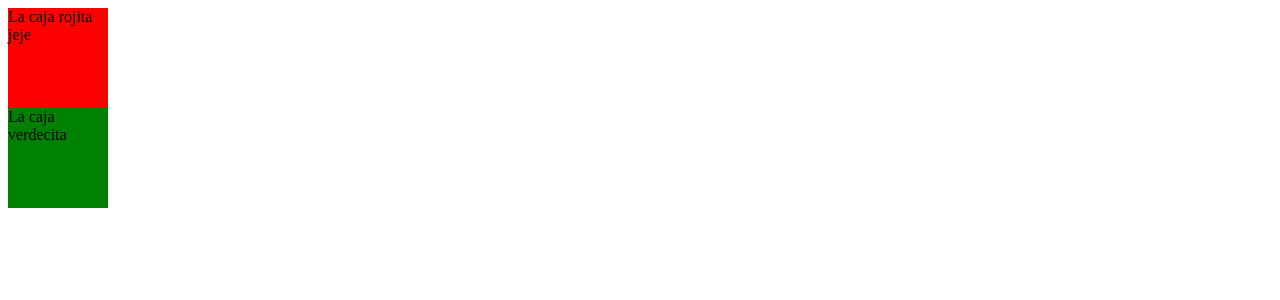
Repository: carrascomcesar/ShopIt
Page: i.html
These files come from the project's save history. The page is drawn as it stood at one moment and after a run of saves; the edit follows.
The browser window is 1280 px wide. The pictures show the whole page.

Above is the page before, as saved 2021-03-27 13:20:08.

### i.html
<!DOCTYPE html>
<html lang="en">
<head>
    <meta charset="UTF-8">
    <meta http-equiv="X-UA-Compatible" content="IE=edge">
    <meta name="viewport" content="width=device-width, initial-scale=1.0">
    <link rel="stylesheet" href="i.css">
    <title>Document</title>
</head>
<body>
    <div class="container">
        <div class="mybox">La caja rojita jeje</div>
        <div class="mybox2">La caja verdecita</div>
    </div>

</body>
</html>

### i.css
.mybox {
  position: initial;
  width: 100px;
  height: 100px;
  background: red;
  left: 10px;
  top: 100px;
}
.mybox2 {
  position: initial;
  width: 100px;
  height: 100px;
  background: green;
  left: 10px;
  top: 100px;
}
.container{

}

After the next 3 saves:
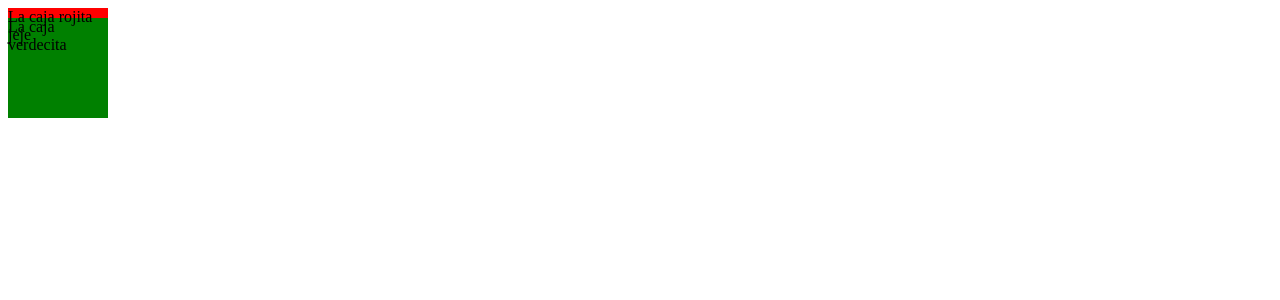
The 3 saves are shown as one change because they came seconds apart.
The last was saved 40 s later.
--- a/i.css
+++ b/i.css
@@ -1,7 +1,7 @@
 .mybox {
   position: initial;
   width: 100px;
-  height: 100px;
+  height: 10px;
   background: red;
   left: 10px;
   top: 100px;
@@ -14,6 +14,5 @@
   left: 10px;
   top: 100px;
 }
-.container{
-
+.container {
 }
